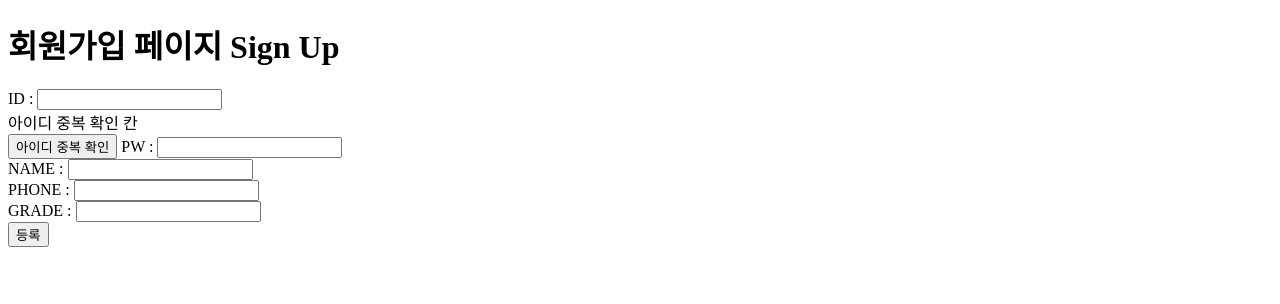
Repository: smallomg/bg-spring
Page: http://localhost/test3/WEB-INF/views/signup.jsp
These files come from the project's save history. The page is drawn as it stood at one moment and after the next save; the edit follows.
The browser window is 1280 px wide. The pictures show the whole page.
The page is served by Tomcat 10. Nobody is signed in. The template is opened directly, without the code that normally fills it, so the values that code supplies are empty.

Above is the page before, as saved 2025-05-13 01:54:43.

After the next save:
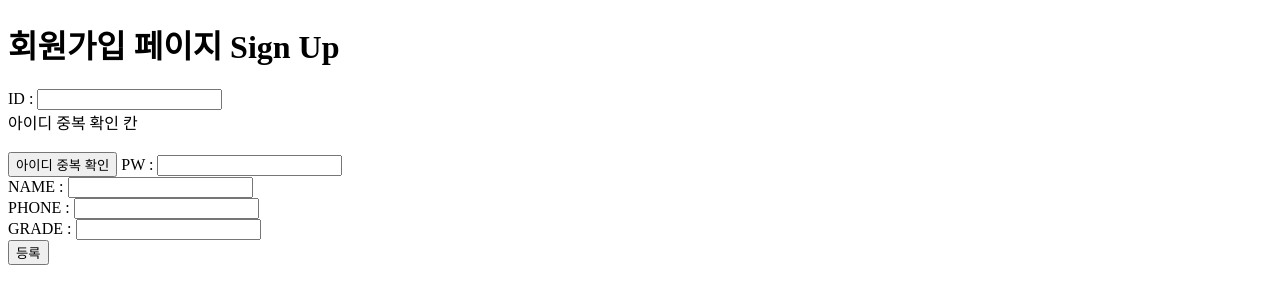
Saved 3 min 2 s later.
--- a/ldy_spring/test3/src/main/webapp/WEB-INF/views/signup.jsp
+++ b/ldy_spring/test3/src/main/webapp/WEB-INF/views/signup.jsp
@@ -11,7 +11,7 @@
 
 	<form action="SignUp" method="post" onsubmit="return validateForm()">
 		ID : <input type="text" name="id" id="id"><br>
-		<div id=demo1>아이디 중복 확인 칸</div>
+		<div id=demo1>아이디 중복 확인 칸</div><br>
 		<button type="button" onclick="idcheck()">아이디 중복 확인</button>
 		PW : <input type="text" name="pw" id="pw"><br>
 		NAME : <input type="text" name="name"><br>
